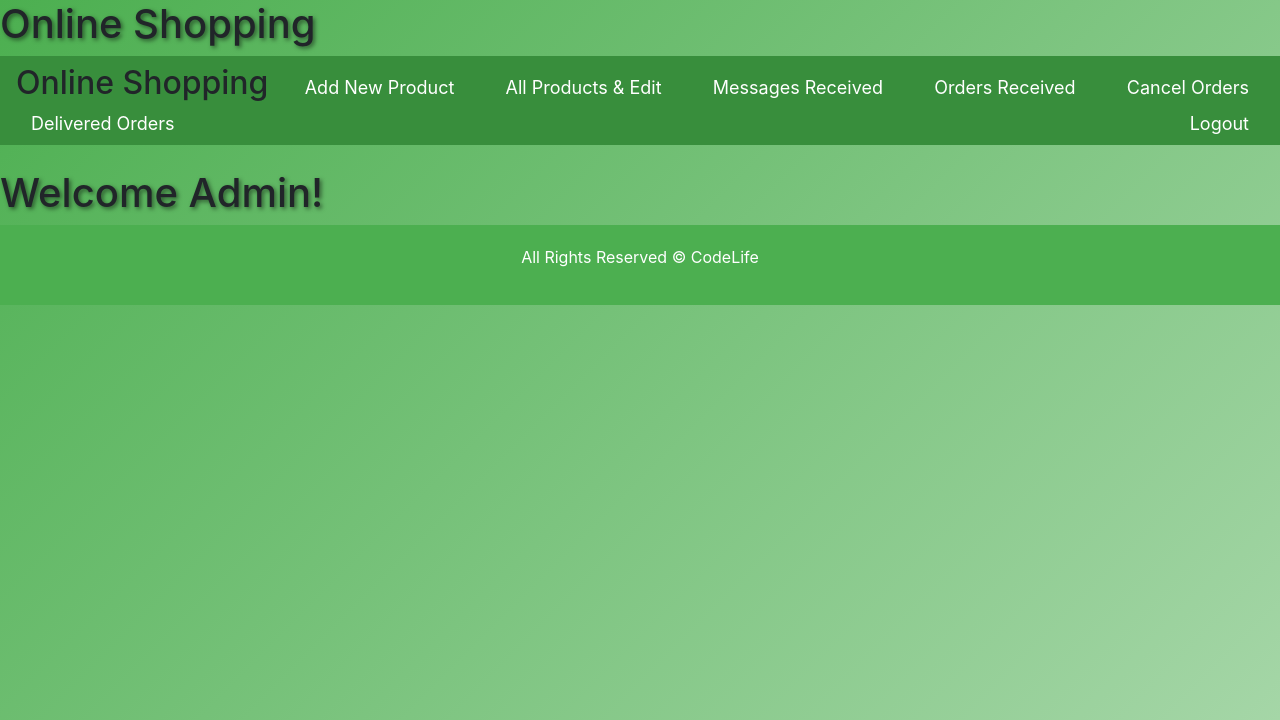
Repository: Dineshbabu290904/DigiMart
Page: http://localhost/DigiMart/admin/adminHome.jsp
These files come from the project's save history. The page is drawn as it stood at one moment and after the next save; the edit follows.
The browser window is 1280 px wide. The pictures show the whole page.
Some web libraries are served in a nearby version. The page is served by Tomcat 9.

Above is the page before, as saved 2024-10-16 15:54:43.

After the next save:
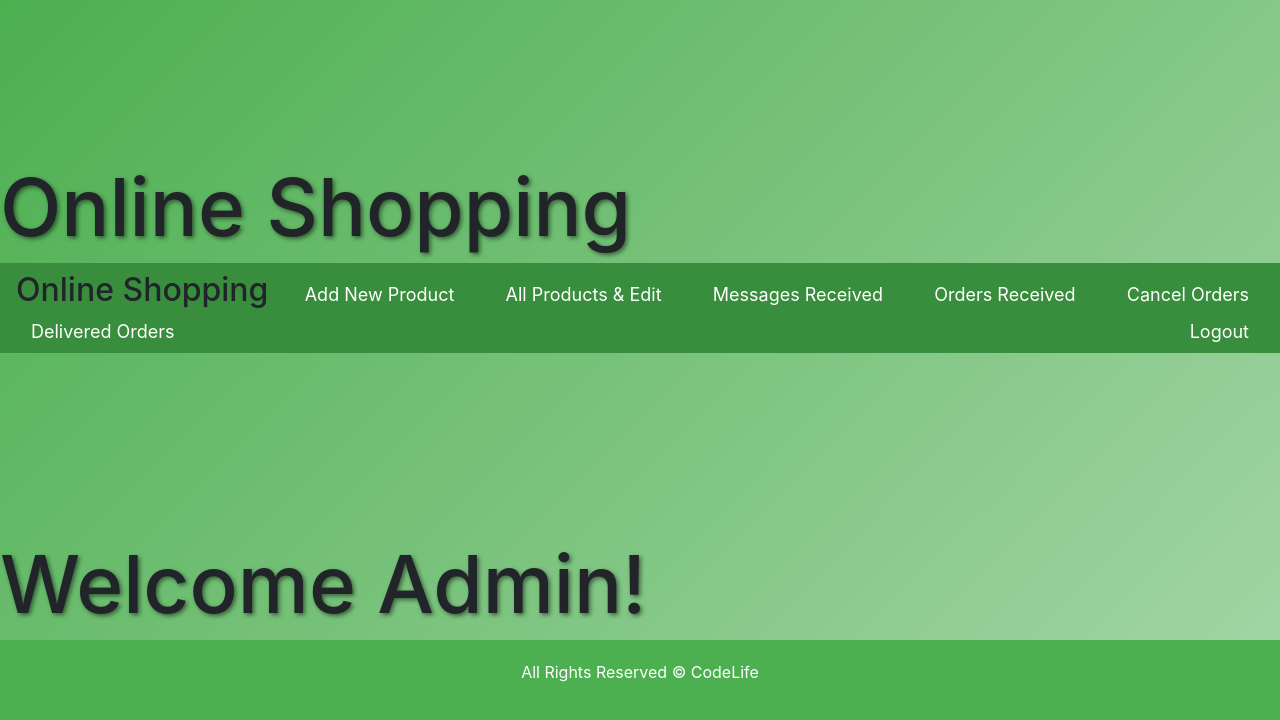
Saved 22 s later.
--- a/DigiMart/src/main/webapp/admin/adminHome.jsp
+++ b/DigiMart/src/main/webapp/admin/adminHome.jsp
@@ -8,7 +8,20 @@
     <link rel="stylesheet" href="https://stackpath.bootstrapcdn.com/bootstrap/4.5.2/css/bootstrap.min.css">
     <title>Welcome</title>
     <style>
-
+            h1 {
+            font-size: 5rem; /* Responsive font size */
+            text-shadow: 2px 2px 4px rgba(0, 0, 0, 0.5); /* Subtle shadow for depth */
+            margin-top: auto; /* Push h1 to the center vertically */
+        }
+        footer {
+            background-color: #4caf50; /* Same green as background */
+            color: white; /* White text */
+            text-align: center; /* Center text */
+            padding: 20px; /* Padding around footer */
+            position: relative; /* For positioning */
+            bottom: 0; /* Stick to bottom */
+            width: 100%; /* Full width */
+        }
     </style>
 </head>
 <body>
